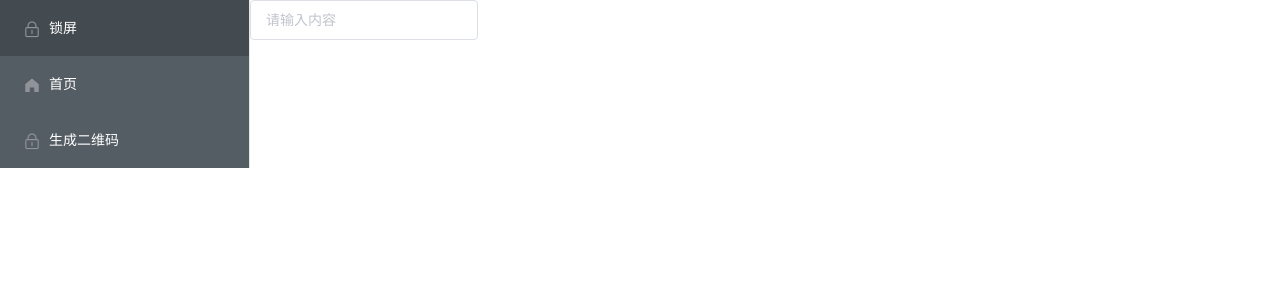
Repository: wujingwenwu/-vue-2.0
Page: /qrcode
An editor plug-in stored every save of this project. The page is shown before and after the next save, followed by the edit.
The browser window is 1280 px wide. The pictures show the whole page.
The project was rebuilt for these pictures with package versions that can differ from the ones it lists, and the page was loaded fresh each time. Also part of the build but not shown: src/views/Home.vue, src/components/w-lockScreen/w-lockScreen.vue.

Above is the page before, as saved 2020-10-01 14:10:49.

### src/main.js
import Vue from "vue";
import App from "./App.vue";
import router from "./router";
import store from "./store";
import ElementUI from 'element-ui';
import 'element-ui/lib/theme-chalk/index.css';
import  "./globalComponents"
Vue.config.productionTip = false;
Vue.use(ElementUI);
new Vue({
  router,
  store,
  render: h => h(App)
}).$mount("#app");

### src/App.vue
<template>
  <div id="app">

    <router-view />
  </div>
</template>

<style lang="scss">
@import "./style/demo";
*{
  margin: 0;
  padding: 0;
}
</style>

### src/router/index.js
import Vue from "vue";
import VueRouter from "vue-router";
import Home from "../views/Home.vue";
import Layout from "../views/layout/layout"
Vue.use(VueRouter);

const routes = [
  {
    path: "/home",
    name: "",
    component: Home
  },
  {
    path: "",
    component: Layout,
    children:[
      {
        path: "/",
        name: "Home",
        component: Home
      },
      {
        path: "/lockScreen",
        name: "LockScreen",
        component: () =>
          import("../views/lockScreen/LockScreen")
      },
      {
        path: "/qrcode",
        name: "Qrcode",
        component: () =>
          import("../views/qrcode/Qrcode.vue")
      },
    ]
  },
  {
    path: "/about",
    name: "About",
    component: () =>
      import("../views/About.vue")
  },
];

const router = new VueRouter({
  mode: "history",
  base: process.env.BASE_URL,
  routes
});
router.beforeEach((to, from, next) => {
  const lockFlag = localStorage.getItem('password');
  if(lockFlag === '0'&&from.path!=="/lockScreen"){
      next(false)
  }else{
    next()
  }
})
export default router;

### src/store/index.js
import Vue from "vue";
import Vuex from "vuex";

Vue.use(Vuex);

export default new Vuex.Store({
  state: {
    // passpords:''
  },
  mutations: {
    // setUser(state, data) {
    //   state.passpords = data
    // }
  },
  actions: {},
  modules: {}
});

### src/globalComponents/index.js
import Vue from 'vue'

import WLockScreen from '../components/w-lockScreen/w-lockScreen'


Vue.component('wLockScreen', WLockScreen)

### src/style/demo.scss
.d-f{
    display: flex;
    /* 弹性盒模型 */
}
.f-s-12{
    font-size: 12px;
    /* 字体大小为12px */
}
.f-s-14{
    font-size: 14px;
    /* 字体大小为14px */
}
.f-s-16{
    font-size: 16px;
    /* 字体大小为16px */
}
.f-w{
    font-weight: 700;
    /*字体 加粗 */
}
.f-c-ho{
    color: #f00;
    /* 红色 */
}
.f-c-hu{
    color: #ccc;
    /* 灰色 */
}
.f-c-b{
    color: #ffffff;
    /* 白色 */
}
.f-c-he{
    color: #000;
    /* 黑色 */
}
.t-a-l{
    text-align: left;
    /* 文本左对齐 */
}
.t-a-c{
    text-align: center;
    /* 文本居中 */
}
.t-a-r{
    text-align: right;
    /* 文本右对齐 */
}
.t-d-u{
    text-decoration: underline;
    /* 装饰在文本底部 */
}
.t-d-o{
    text-decoration: overline;
    /* 装饰在顶部 */
}
.t-d-l-t{
    text-decoration: line-through;
    /* 装饰在文本中间 */
}
.d-i{
    display: inline;
    /* 块级元素装换成行内元素 */
}
.d-i-b{
    display: inline-block;
    /* 块级元素装换成行内块元素 */
}
.d-b{
    display: block;
    /* 行内和行内块元素装换成块级元素 */
}
.d-n{
    display: none;
    /* 隐藏元素 */
}
.p-r{
    position: relative;
    /* 相对定位 */
}
.p-a{
    position: absolute;
    /* 绝对定位 */
}
.p-f{
    position: fixed;
    /* 固定定位 */
}
.b-r-50{
    border-radius: 50%;
    /* 圆角为50% */
}
.j-c-s-a{
    justify-content: space-around;
   /* 两边的子元素距离父元素的两边有间距，然后中间距离自动等分 */
}
.j-c-s-b{
    justify-content: space-between;
    /* 两边的子元素距离父元素没有间距，然后中间距离自动等分 */

}
.j-c-c{
    justify-content: center;
     /* 所有的子元素相当于父元素水平居中 */
}
.a-i-c{
    align-items: center;
    /* （竖轴排列方式）子元素相当于父元素垂直方向居中 */
}
.f-d-c{
    flex-direction: column;
    /* 弹性盒模型的竖项排列方式 */
}
*{
  margin: 0;
  padding: 0;
  /* 清除游览器的痕迹 */
}
.conter{
    display: flex;
    justify-content: center;
    /* 弹性盒模型，所有的文本在页面的中间 */
}
.warp{
   width: 1280px;
   /* 宽度为1280px，基本上不会超过1400px */
}
.o-h{
    overflow: hidden;
    /* 超出部分隐藏 */
}
.w-o-t{
    white-space: nowrap;
    overflow: hidden;
    text-overflow: ellipsis;
    /* 超出部分隐藏（只限字体） */
}
.d-n{
    display: none;
    /* 不占位置 */
}
.v-h{
    visibility: hidden;
    /* 占位置 */
}
.f-w-w{
    flex-wrap: wrap;
    /* 换行 */
}
.w-s-n{
    white-space: nowrap;
    /* 内容不换行 */
}
.m-t-20{
    margin-top: 20px;
    /* 向下20 */
}
.m-l-20{
    margin-left: 20px;

}
.m-t-10{
    margin-top: 10px;
}
.m-l-10{
    margin-left: 10px;
}
.b-c-hong{
    background-color: red;
}
.b-c-hei{
    background-color: black;
}
.b-c-bai{
    background-color: #ffffff;
}
.b-c-hui{
    background-color: #ccc;
}
.b-1-s-hong{
    border: 1px solid red;
}
.b-1-d-hong{
    border: 1px dashed red;
}
.b-1-s-bai{
    border: 1px solid #ffffff;
}
.b-1-d-bai{
    border: 1px dashed #ffffff;
}
.b-1-s-hei{
    border: 1px solid black;
}
.b-1-d-hei{
    border: 1px dashed black;
}
.b-1-s-hui{
    border: 1px solid #ccc;
}
.b-1-d-hui{
    border: 1px dashed #ccc;
}
.b-l-n{
    border-left: none;
    /* 左边框隐藏 */
}
.b-t-n{
    border-top: none;
}
.b-r-n{
    border-right: none;
}
.b-b-n{
    border-bottom: none;
}
.m-t-15{
    margin-top: 15px;
}
.m-t-30{
    margin-top: 30px;
}
.m-t-5{
    margin-top: 5px;
}
.b-none{
    border: none;
}
.f-s-18{
    font-size: 18px;
}
.m-l--10{
    margin-left: -10px;
}
.m-l-40{
    margin-left: 40px;
}
.o-n{
    outline: none;
    /* 隐藏边框 */
}

### src/views/layout/layout.vue
<template>
 <div >
  <div class="d-f">
     <div class="commit">
      <el-menu
      :default-active="$route.path"
      class="el-menu-vertical-demo"
      background-color="#545c64"
      text-color="#fff"
      active-text-color="#ffd04b" v-for="item in arr" :key="item.path">
      <el-menu-item   :index="item.path" @click="select(item.path)">
        <i :class="item.icon"></i>
        <span slot="title">{{item.name}}</span>
      </el-menu-item>
    </el-menu>
     </div>
    <router-view></router-view>
  </div>
 </div>
</template>

<script>
 export default {
   data () {
     return {
       arr:[
      {icon:"el-icon-lock",name:"锁屏",path:'/lockScreen'},  {icon:"el-icon-s-home",name:"首页",path:'/'},
      {icon:"el-icon-lock",name:"生成二维码",path:'/lockScreen'},

       ]
     }
   },
   components: {

   },
   methods: {
   select(path){
     console.log(path);
     this.$router.push(path)
   },
   },
   mounted() {

   },
   watch: {

   },
   computed: {

   }
 }
</script>

<style scoped lang='scss'>
.commit{
    width: 250px;
}
</style>

### src/views/qrcode/Qrcode.vue
<template>
 <div class="d-f">
  <div><el-input
  placeholder="请输入内容"
  v-model="input"
  clearable>
</el-input></div>
<div></div>
 </div>
</template>

<script>
 export default {
   name:'',
   props:{

    },
   data () {
     return {

   }
   },
   components: {

   },
   methods: {

   },
   mounted() {

   },
   watch: {

   },
   computed: {

   }
 }
</script>

<style scoped lang='scss'>

</style>

Loaded but not shown: public/index.html (common file)

After the next save:
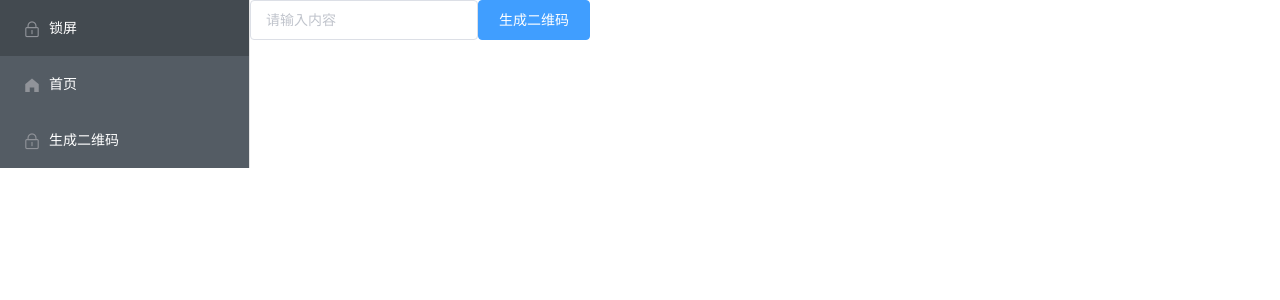
Saved 26 s later.
--- a/src/views/qrcode/Qrcode.vue
+++ b/src/views/qrcode/Qrcode.vue
@@ -5,7 +5,7 @@
   v-model="input"
   clearable>
 </el-input></div>
-<div></div>
+<div><el-button type="primary">生成二维码</el-button></div>
  </div>
 </template>
 
